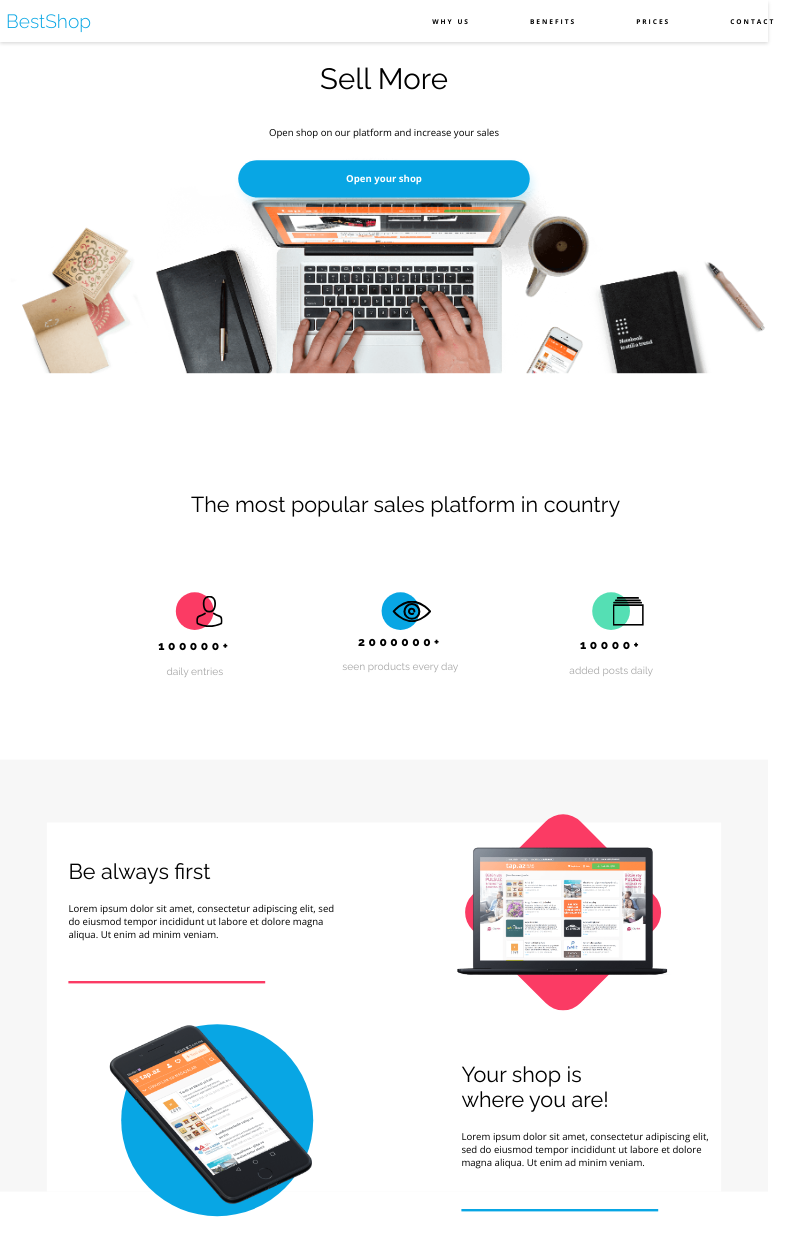
Repository: Widzisz/bestshop-website
Page: index.html
An editor plug-in stored every save of this project. The page is shown before and after the next save, followed by the edit.
The browser window is 1280 px wide. The page is 1352 px wide, so the pictures cover 1352 px, including what lies to the right of the window. The pictures show the whole page, at 60% of full size.

Above is the page before, as saved 2021-03-19 22:03:04.

After the next save:
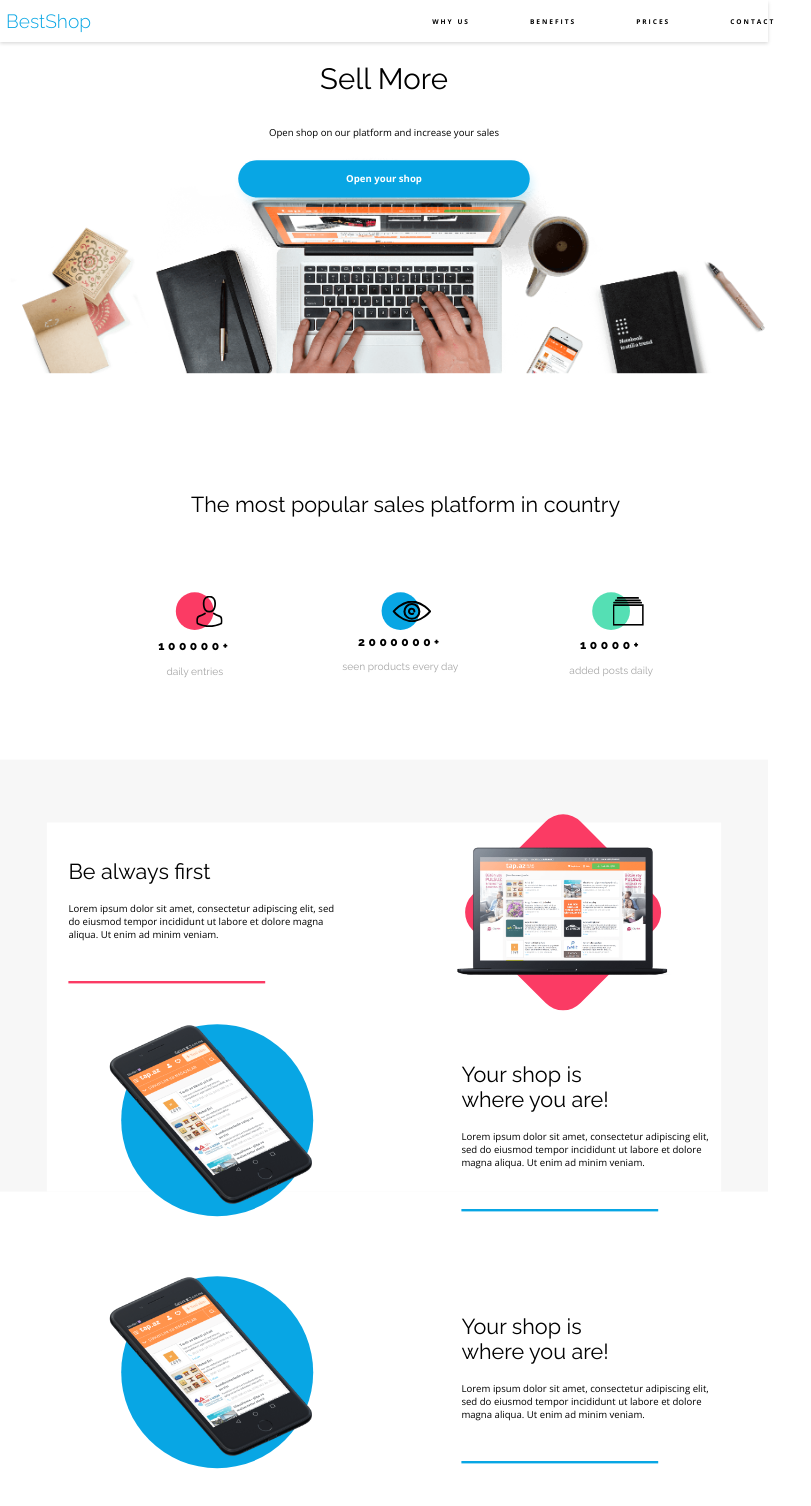
Saved 3 min 7 s later.
--- a/index.html
+++ b/index.html
@@ -160,6 +160,29 @@
 
 
 
+        <div class="promotion-2">
+          <div class="promotion__image-2">
+            <div class="promotion__picture">
+              <img src="images/iphone.png" alt="" class="promotion__picture-2">
+            </div>
+            <div class="promotion__image-figure-2">
+            </div>
+          </div>
+          <div class="text__rows-2">
+            <h2 class="text__rows-title-2">
+              Your shop is where you are!
+            </h2>
+            <p class="text__rows-text">
+              Lorem ipsum dolor sit amet, consectetur adipiscing elit, sed do eiusmod tempor incididunt ut labore et
+              dolore magna aliqua. Ut enim ad minim veniam.
+            </p>
+            <div class="text__rows-underline-2">
+            </div>
+          </div>
+        </div>
+
+
+
 
 
 
